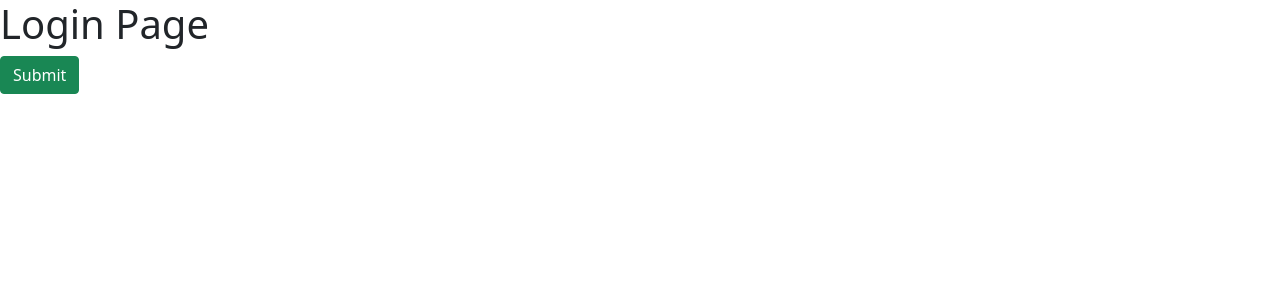
Repository: mayurofficial/E-com-Project
Page: http://localhost/
An editor plug-in stored every save of this project. The page is shown before and after the next save, followed by the edit.
The browser window is 1280 px wide. The pictures show the whole page.
The page is served by the project's Laravel application, run on PHP 8.4 with Laravel 8. Other server files are loaded and not shown.

Above is the page before, as saved 2021-04-12 17:50:38.

### routes/web.php
<?php

use Illuminate\Support\Facades\Route;

/*
|--------------------------------------------------------------------------
| Web Routes
|--------------------------------------------------------------------------
|
| Here is where you can register web routes for your application. These
| routes are loaded by the RouteServiceProvider within a group which
| contains the "web" middleware group. Now create something great!
|
*/

Route::view('/','login');

### resources/views/login.blade.php
@extends('master')
@section('content')
<h1>Login Page </h1>
<button class="btn btn-success">Submit </button>
@endsection

### resources/views/master.blade.php
<!DOCTYPE html>
<html lang="en">
<head>
    <meta charset="UTF-8">
    <meta name="viewport" content="width=device-width, initial-scale=1.0">
    <meta http-equiv="X-UA-Compatible" content="ie=edge">
    <title>E-com Project</title>
    <script src="https://ajax.googleapis.com/ajax/libs/jquery/3.4.1/jquery.min.js"></script>
    <link href="https://cdn.jsdelivr.net/npm/bootstrap@5.0.0-beta2/dist/css/bootstrap.min.css" rel="stylesheet" integrity="sha384-BmbxuPwQa2lc/FVzBcNJ7UAyJxM6wuqIj61tLrc4wSX0szH/Ev+nYRRuWlolflfl" crossorigin="anonymous">
<script src="https://cdn.jsdelivr.net/npm/bootstrap@5.0.0-beta2/dist/js/bootstrap.bundle.min.js" integrity="sha384-b5kHyXgcpbZJO/tY9Ul7kGkf1S0CWuKcCD38l8YkeH8z8QjE0GmW1gYU5S9FOnJ0" crossorigin="anonymous"></script>
</head>
<body>
    @yield('content')

</body>
</html>

After the next save:
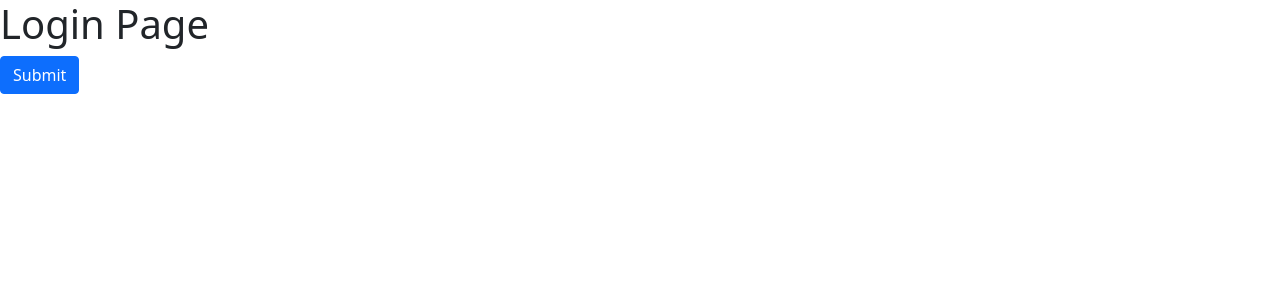
Saved 5 s later.
--- a/resources/views/login.blade.php
+++ b/resources/views/login.blade.php
@@ -1,5 +1,5 @@
 @extends('master')
 @section('content')
 <h1>Login Page </h1>
-<button class="btn btn-success">Submit </button>
+<button class="btn btn-primary">Submit </button>
 @endsection

After the save that followed:
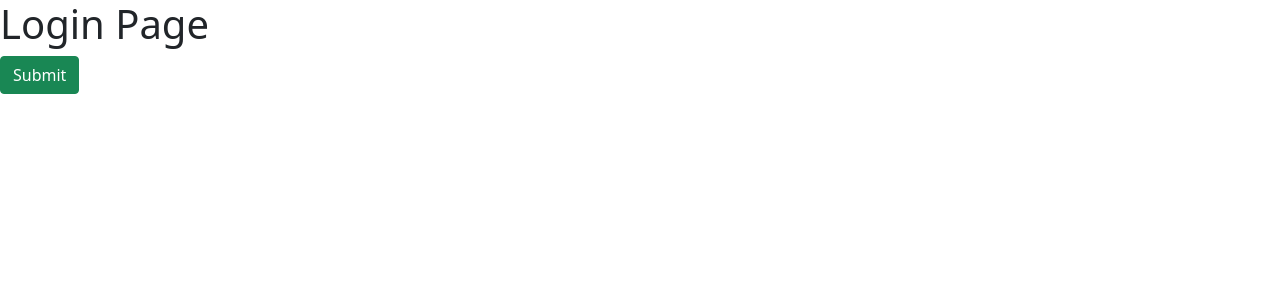
Saved 4 s later.
--- a/resources/views/login.blade.php
+++ b/resources/views/login.blade.php
@@ -1,5 +1,5 @@
 @extends('master')
 @section('content')
 <h1>Login Page </h1>
-<button class="btn btn-primary">Submit </button>
+<button class="btn btn-success">Submit </button>
 @endsection
